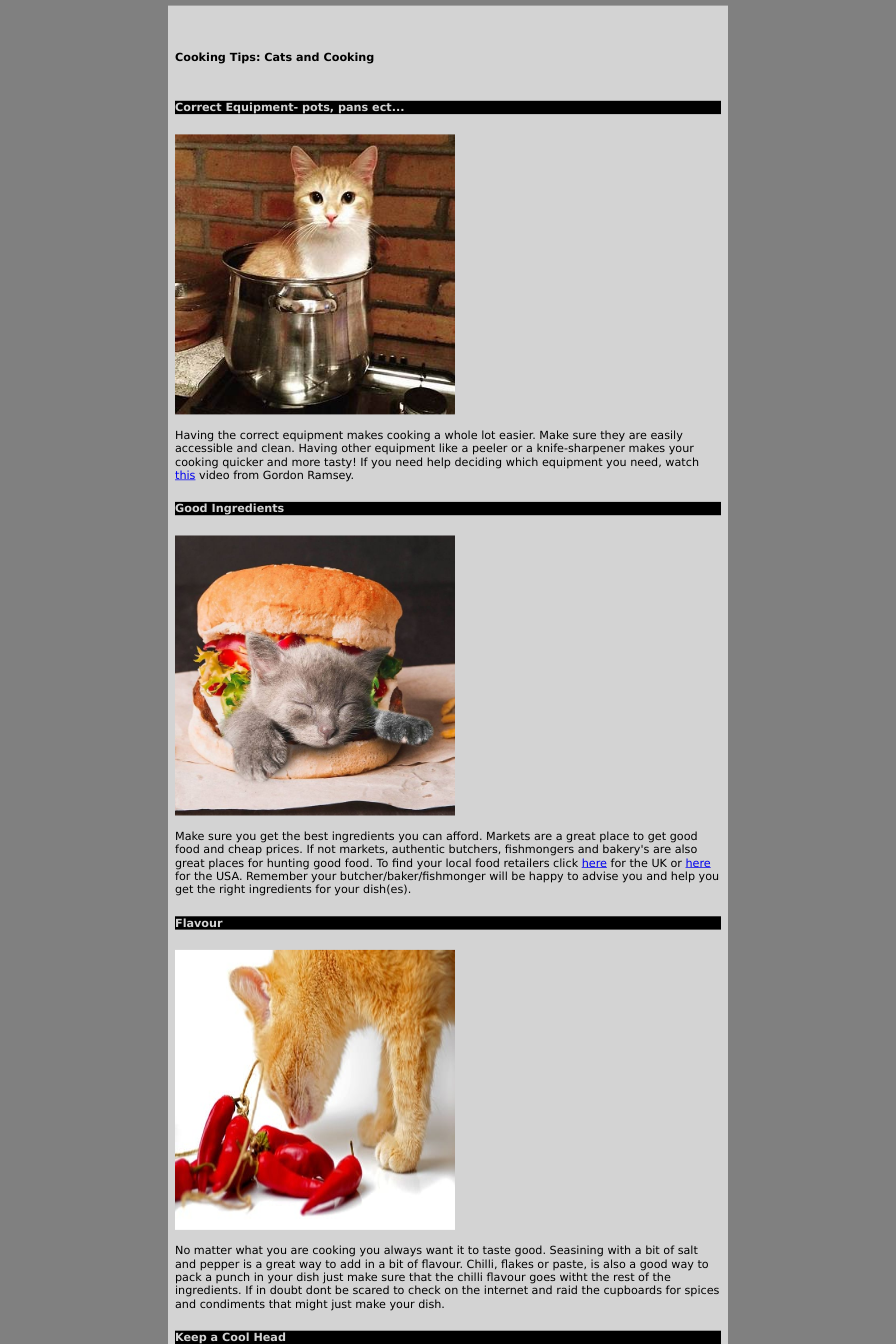
Repository: evamaltby/catsandcooking
Page: index.html
The author's editor kept a record of every edit. The page is drawn from the files as they stood at one moment, then again after the next edit.
The browser window is 1280 px wide. The pictures show the part of the page from y = 0 to 1920 px (the page is 2499 px tall before and 2759 px after), at 70% of full size.

Above is the page before.
Not found: css/normalize.css

After the next edit:
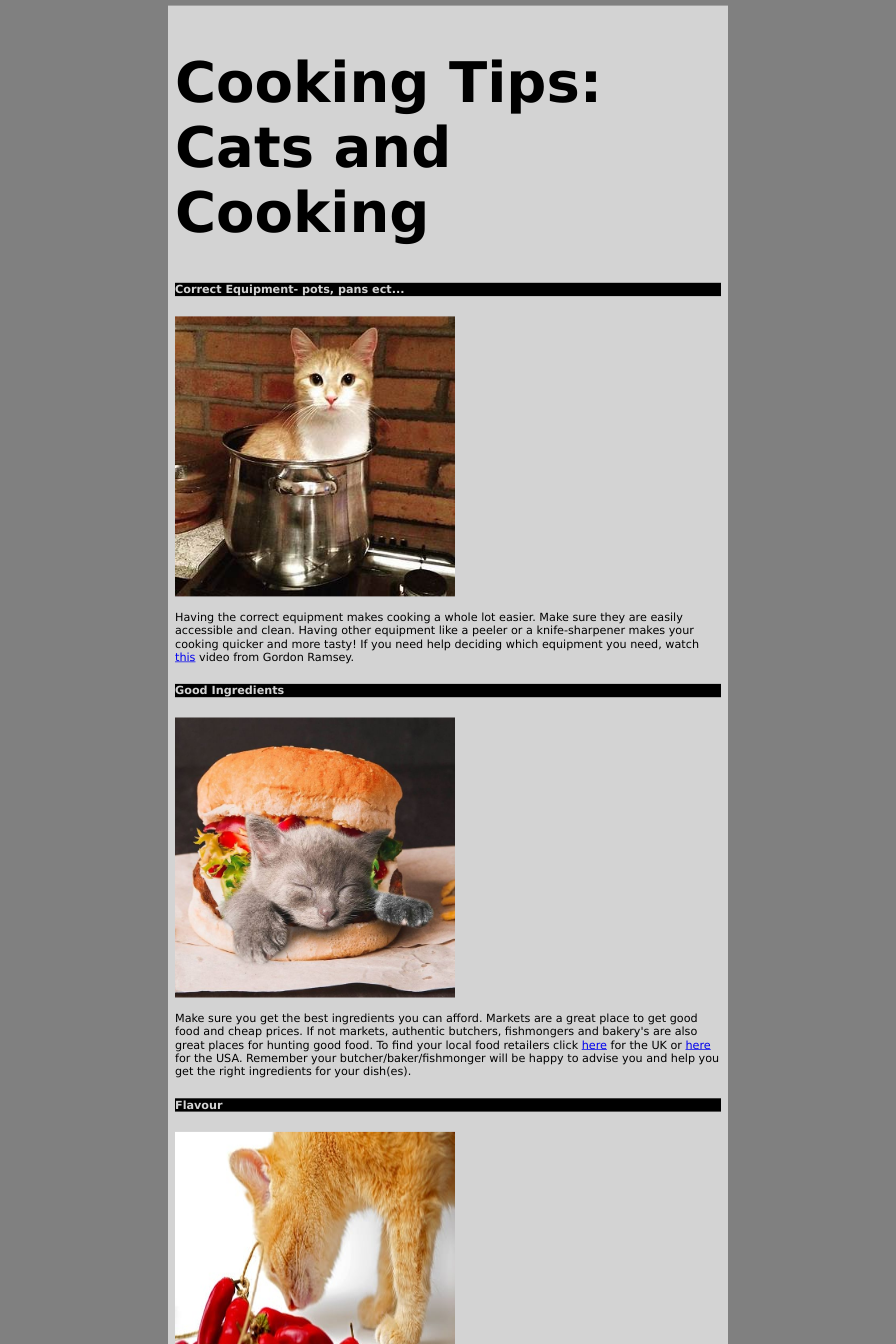
The edit:
--- a/index.html
+++ b/index.html
@@ -32,7 +32,7 @@
 
 
 
-            <h1><p style="font-family:verdana"> Cooking Tips: Cats and Cooking </h1>
+            <h1> Cooking Tips: Cats and Cooking </h1>
             <h2>        </h2>
             <h2><p style="font-family:verdana">Correct Equipment- pots, pans ect...</h2>
             <img src="Images/catpan.jpg" width="400" height="400" alt="A cat in a pan">
